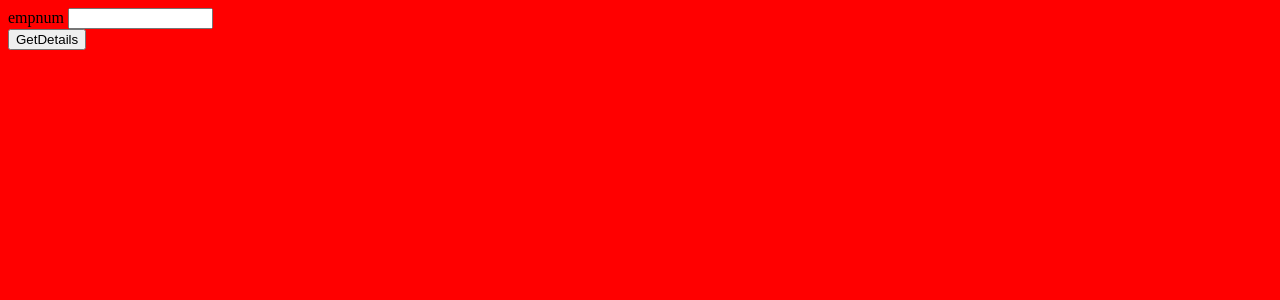
Repository: ajlazy/Day10
Page: Employee/WebContent/Employee.html
An editor plug-in stored every save of this project. The page is shown before and after the next save, followed by the edit.
The browser window is 1280 px wide. The pictures show the whole page.

Above is the page before, as saved 2018-09-06 06:30:43.

After the next save:
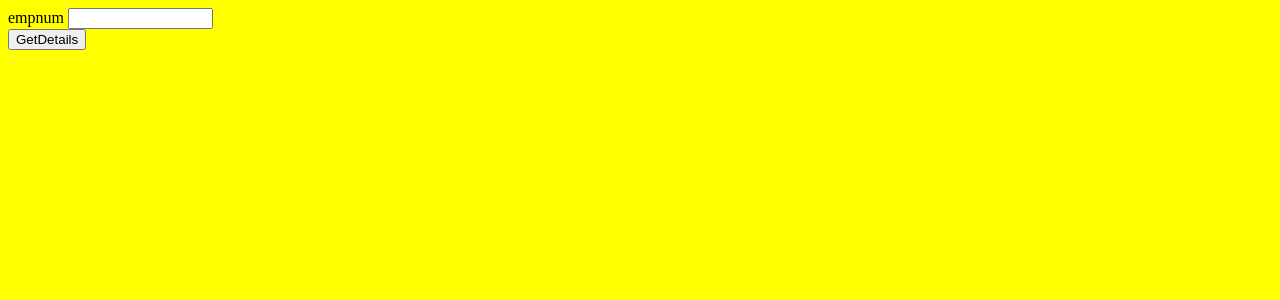
Saved 12 s later.
--- a/Employee/WebContent/Employee.html
+++ b/Employee/WebContent/Employee.html
@@ -4,7 +4,7 @@
 <meta charset="ISO-8859-1">
 <title>Insert title here</title>
 </head>
-<body bgcolor="red">
+<body bgcolor="yellow">
 <form action="getEmployeeDetails" method="post">
 <label>empnum</label>
 <input type="text" name="empid" size="15"/>
